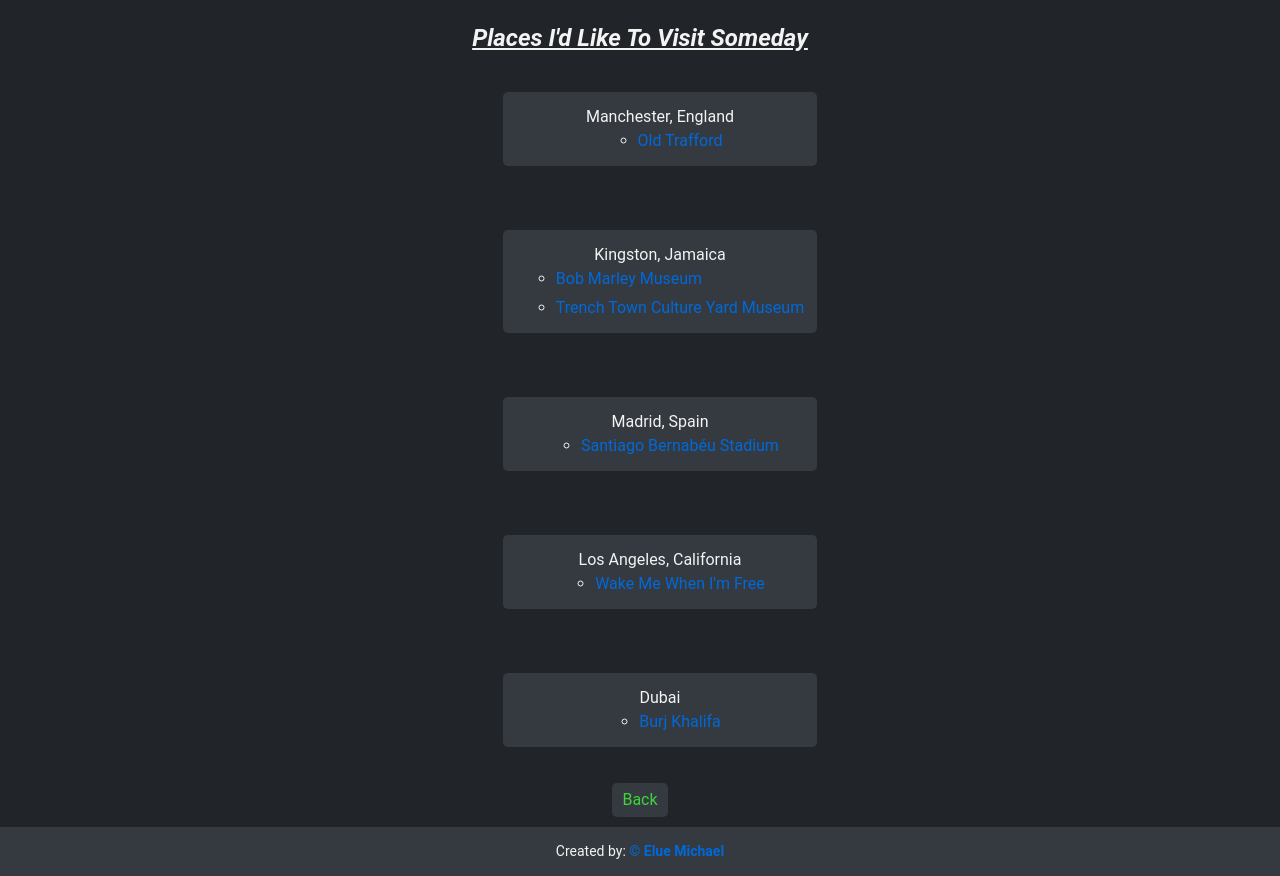
Repository: MikkyPrestige/html-website
Page: pages/places.html
These files come from the project's save history. The page is drawn as it stood at one moment and after the next save; the edit follows.
The browser window is 1280 px wide. The pictures show the whole page.

Above is the page before, as saved 2023-04-29 14:54:51.

### pages/places.html
<!DOCTYPE html>
<html lang="en">

<head>
  <meta charset="UTF-8">
  <meta http-equiv="X-UA-Compatible" content="IE=edge">
  <meta name="viewport" content="width=device-width, initial-scale=1.0">
  <title>Tour</title>
  <link rel="stylesheet" href="../index.css">
</head>

<body>
  <main class="main">
    <section class="section">
      <h1 style="font-style: italic; text-transform: capitalize;"><u>Places I'd like to visit someday</u></h1>
      <ul class="lists">
        <li class="place-list">Manchester, England
          <ul class="place-lists">
            <li class="lists-list">
              <a href="https://www.manutd.com/en/visit-old-trafford" target="_blank" class="place-link">Old Trafford</a>
            </li>
          </ul>
        </li>
        <div>&nbsp;</div>
        <li class="place-list">Kingston, Jamaica
          <ul class="place-lists">
            <li class="lists-list">
              <a href="https://www.bobmarleymuseum.com/" target="_blank" class="place-link">Bob Marley Museum</a>
            </li>
            <li class="lists-list">
              <a href="https://www.ttcultureyard.com/" target="_blank" class="place-link">Trench Town Culture Yard
                Museum</a>
            </li>
          </ul>
        </li>
        <div>&nbsp;</div>
        <li class="place-list">Madrid, Spain
          <ul class="place-lists">
            <li class="lists-list">
              <a href="https://www.realmadrid.com/en/santiago-bernabeu-stadium" target="_blank"
                class="place-link">Santiago Bernabéu
                Stadium</a>
            </li>
          </ul>
        </li>
        <div>&nbsp;</div>
        <li class="place-list">Los Angeles, California
          <ul class="place-lists">
            <li class="lists-list"><a href="https://www.wakemewhenimfree.com/" target="_blank" class="place-link">Wake
                Me When I'm Free</a>
            </li>
          </ul>
        </li>
        <div>&nbsp;</div>
        <li class="place-list">Dubai
          <ul class="place-lists">
            <li class="lists-list">
              <a href="https://en.wikipedia.org/wiki/Burj_Khalifa" target="_blank" class="place-link">Burj Khalifa</a>
            </li>
          </ul>
        </li>
      </ul>
      <div class="back">
        <a href="../index.html" class="back-link">Back</a>
      </div>
    </section>
    <footer class="footer">
      <p class="footer-text">Created by: <a href="#" target="_blank" class="footer-link">
          &copy; <strong>Elue Michael</strong>
        </a>
      </p>
    </footer>
</body>

</html>

### index.css
body {
  background-color: #212529;
  font-family: 'Roboto', sans-serif;
  font-size: 16px;
  font-weight: 400;
  line-height: 1.5;
  color: #f3f3f3;
  text-align: left;
  margin: 0;
  padding: 0;
  width: 100%;
  height: 100vh;
}

.main {
  display: flex;
  flex-direction: column;
  justify-content: space-between;
  align-items: center;
  height: 100%;
}

.section {
  display: flex;
  flex-direction: column;
  justify-content: center;
  align-items: center;
  width: 100%;
}

.btn {
  background-color: #007bff;
  padding: 5px;
  border-radius: 5px;
  transition: all .15s ease-in-out;
  border: none;
  outline: none;
  margin: -20px 0 50px 0;
}

.btn:hover {
  background-color: #0069d9;
}

.btn-link {
  color: #f3f3f3;
  font-size: 14px;
  text-decoration: none;
  cursor: pointer;
}

.section1 {
  display: flex;
  flex-direction: column;
  justify-content: center;
  align-items: center;
}

.section1-header {
  font-size: 24px;
  font-weight: 700;
  margin-bottom: 5px;
  text-transform: uppercase;
}

.section1-content {
  display: flex;
  justify-content: space-around;
  align-items: center;
  width: 100%;
}

.section1-text {
  font-size: 18px;
  font-weight: 400;
}

.section1-link,
.section1-link:link,
.section1-link:visited {
  color: #0069d9;
  text-decoration: none;
  cursor: pointer;
}

.section1-link:hover {
  text-decoration: underline;
  color: #f3f3f3;
}

/* BOOKS CSS */
.fav {
  display: flex;
  flex-direction: column;
  justify-content: center;
  align-items: center;
}

.fav-heading {
  font-size: 24px;
  font-weight: 700;
  margin-bottom: 0px;
  text-transform: uppercase;
}

.fav-subheading {
  font-size: 18px;
  font-weight: 400;
  margin-bottom: 30px;
  width: 65%;
  text-align: center;
}

.books-lists {
  display: flex;
  flex-direction: column;
  justify-content: center;
  align-items: center;
  gap: 20px;
  list-style: none;
}

.books-item {
  /* width: 100%; */
  /* max-width: 500px; */
  padding: 13px;
  border-radius: 5px;
  background-color: #343a40;
}

.books-item:hover {
  background-color: #212529;
}

.books-link,
.books-link:link,
.books-link:visited {
  color: #f3f3f3;
  text-decoration: none;
  cursor: pointer;
}

.books-link:hover {
  text-decoration: underline;
}

.lists {
  display: flex;
  flex-direction: column;
  justify-content: center;
  gap: 20px;
  list-style: none;
}

.movie-list {
  display: flex;
  justify-content: space-between;
  align-items: center;
  /* width: 100%; */
  /* max-width: 500px; */
  padding: 13px;
  border-radius: 5px;
  background-color: #343a40;
}

.movie-list:hover {
  background-color: #212529;
}

.list--lists {
  display: flex;
  flex-direction: column;
  justify-content: center;
  gap: 5px;
}

.movie-link,
.movie-link:link,
.movie-link:visited {
  color: #f3f3f3;
  text-decoration: none;
  cursor: pointer;
}

.movie-link:hover {
  text-decoration: underline;
}

.game-lists {
  display: flex;
  flex-direction: column;
  justify-content: center;
  gap: 20px;
  list-style: none;
}

.game-list {
  display: flex;
  justify-content: space-between;
  align-items: center;
  /* width: 100%; */
  /* max-width: 500px; */
  padding: 13px;
  border-radius: 5px;
  background-color: #343a40;
}

.game-list:hover {
  background-color: #212529;
}

.game-link,
.game-link:link,
.game-link:visited {
  color: #f3f3f3;
  text-decoration: none;
  cursor: pointer;
}

.game-link:hover {
  text-decoration: underline;
}

.food-list {
  display: flex;
  flex-direction: column;
  justify-content: center;
  align-items: center;
  /* width: 100%; */
  /* max-width: 500px; */
  padding: 13px;
  border-radius: 5px;
  background-color: #343a40;
}

.food-lists {
  display: flex;
  flex-direction: column;
  justify-content: center;
  margin: 10px;
}

.food-item {
  color: #007bff;
  font-size: 18px;
  cursor: pointer;
}

.food-item:hover {
  color: #f3f3f3;
  text-decoration: underline;
}

.food-link {
  color: #f3f3f3;
  text-decoration: none;
  cursor: pointer;
}

.food-link:hover {
  text-decoration: underline;
}

.place-list {
  display: flex;
  flex-direction: column;
  justify-content: center;
  align-items: center;
  /* width: 100%; */
  /* max-width: 500px; */
  padding: 13px;
  border-radius: 5px;
  background-color: #343a40;
}

.place-list:hover {
  background-color: #212529;
}

.place-lists {
  display: flex;
  flex-direction: column;
  justify-content: center;
  gap: 5px;
}

.place-link,
.place-link:link,
.place-link:visited {
  color: #0069d9;
  text-decoration: none;
  cursor: pointer;
}

.place-link:hover {
  text-decoration: underline;
  color: #f3f3f3;
}

.back {
  margin: 20px 0 10px 0;
  padding: 5px 10px;
  border-radius: 5px;
  background-color: #343a40;
}

.back:hover {
  background-color: #212529;
}

.back-link,
.back-link:link,
.back-link:visited {
  color: #3dd638;
  text-decoration: none;
  cursor: pointer;
}

.back-link:hover {
  text-decoration: underline;
}

.footer {
  display: flex;
  justify-content: center;
  align-items: center;
  width: 100%;
  height: 50px;
  background-color: #343a40;
}

.footer-text {
  font-size: 14px;
  font-weight: 400;
  color: #f3f3f3;
}

.footer-link,
.footer-link:link,
.footer-link:visited {
  color: #0069d9;
  text-decoration: none;
  cursor: pointer;
}

After the next save:
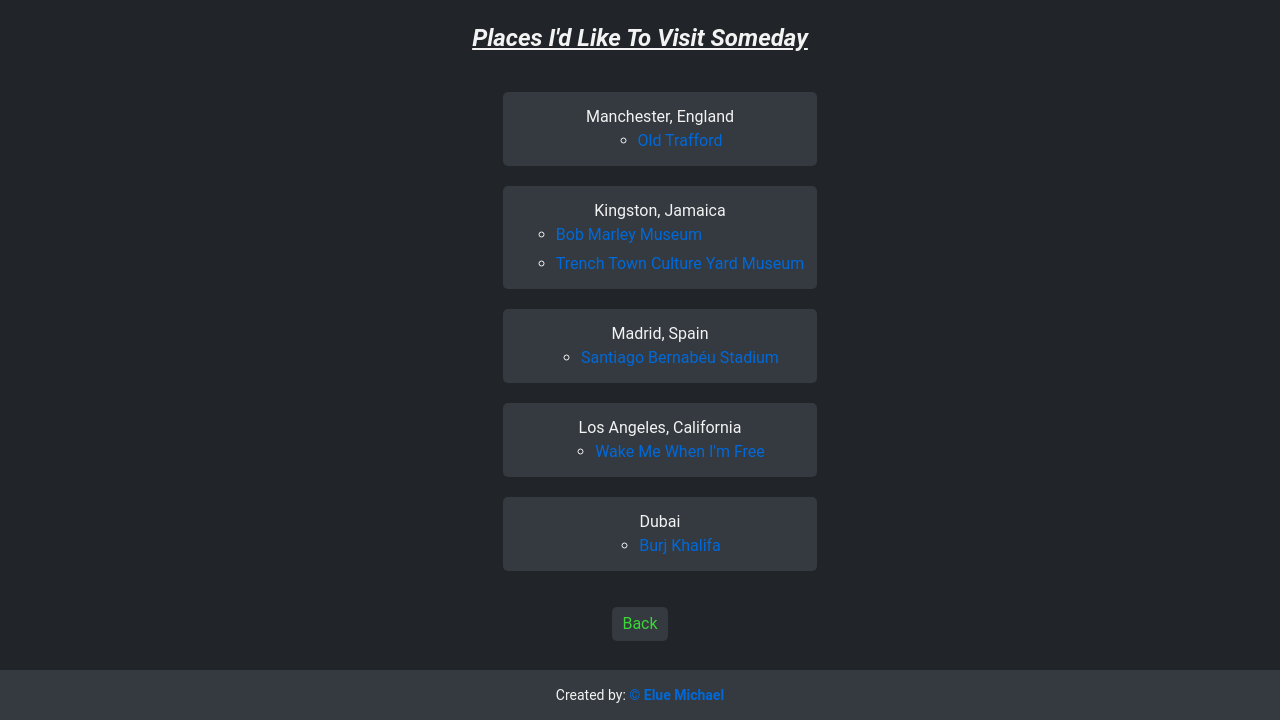
Saved 34 s later.
--- a/pages/places.html
+++ b/pages/places.html
@@ -21,7 +21,7 @@
             </li>
           </ul>
         </li>
-        <div>&nbsp;</div>
+        <!-- <div>&nbsp;</div> -->
         <li class="place-list">Kingston, Jamaica
           <ul class="place-lists">
             <li class="lists-list">
@@ -33,7 +33,7 @@
             </li>
           </ul>
         </li>
-        <div>&nbsp;</div>
+        <!-- <div>&nbsp;</div> -->
         <li class="place-list">Madrid, Spain
           <ul class="place-lists">
             <li class="lists-list">
@@ -43,7 +43,7 @@
             </li>
           </ul>
         </li>
-        <div>&nbsp;</div>
+        <!-- <div>&nbsp;</div> -->
         <li class="place-list">Los Angeles, California
           <ul class="place-lists">
             <li class="lists-list"><a href="https://www.wakemewhenimfree.com/" target="_blank" class="place-link">Wake
@@ -51,7 +51,7 @@
             </li>
           </ul>
         </li>
-        <div>&nbsp;</div>
+        <!-- <div>&nbsp;</div> -->
         <li class="place-list">Dubai
           <ul class="place-lists">
             <li class="lists-list">
